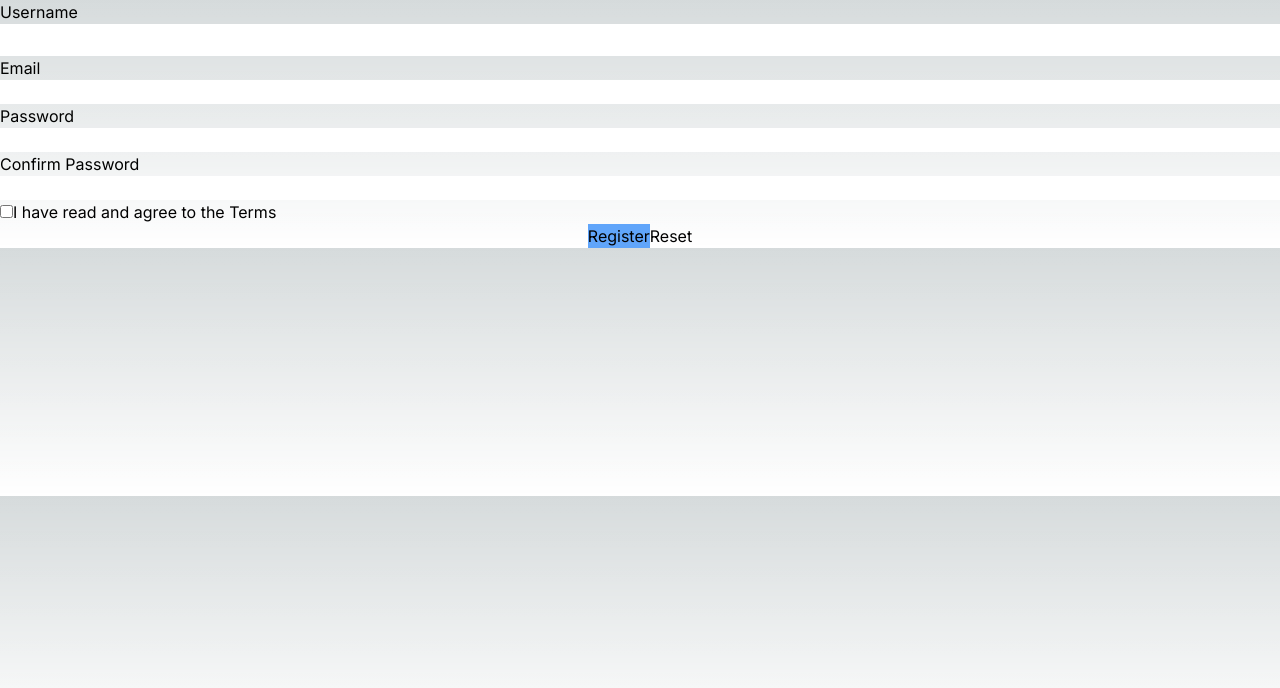
Repository: uh-sman/tiktok-card
Page: /
The author's editor kept a copy of each file at every save. The page is drawn from the files as they stood at one save, then again after the next save.
The browser window is 1280 px wide. The pictures show the whole page.
The project was rebuilt for these pictures with package versions that can differ from the ones it lists, and the page was loaded fresh each time. The framework's server and built-in components were replaced by stand-ins that run in the browser. Also part of the build but not shown: next.config.js.

Above is the page before, as saved 2023-12-19 13:46:32.

After the next save:
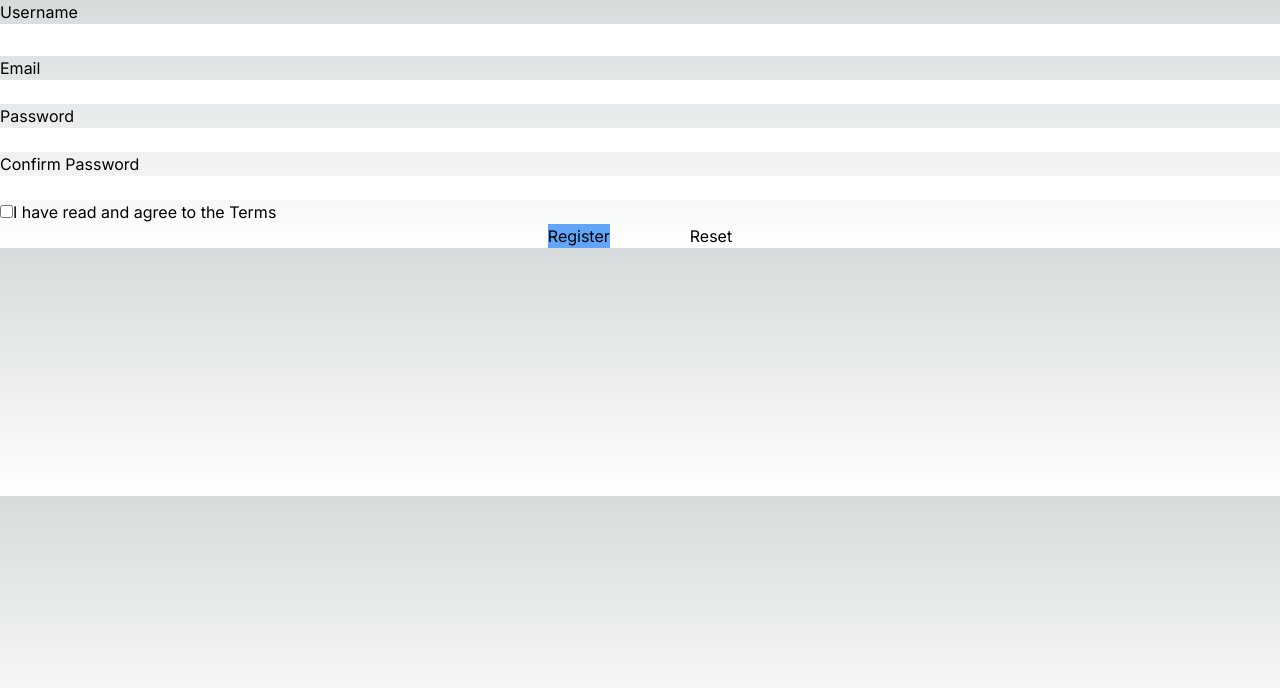
Saved 11 s later.
--- a/app/components/AuthForm.tsx
+++ b/app/components/AuthForm.tsx
@@ -82,7 +82,7 @@ const AuthForm: React.FC = () => {
                 </div>
           </div>
 
-          <div className="flex justify-center">
+          <div className="flex justify-center gap-20">
             <button type="submit" className="bg-blue-400">
               Register
             </button>
